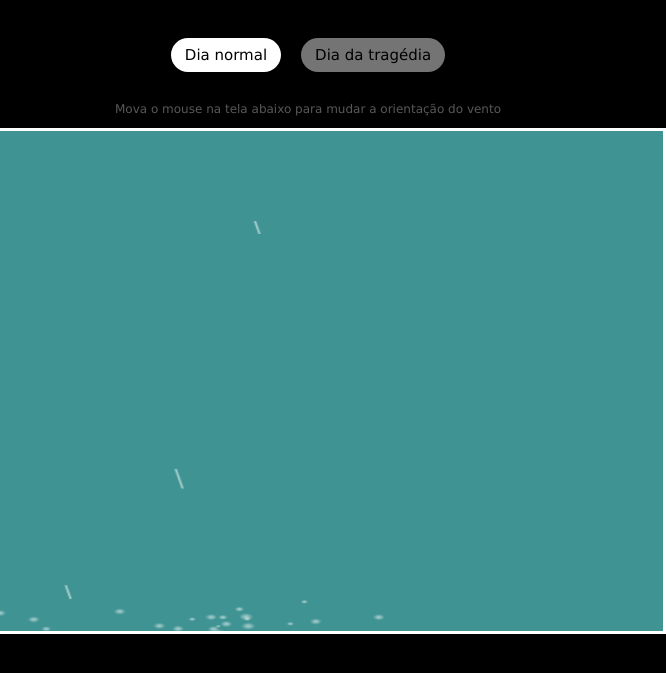
Repository: lucasthaynan/chuvas-estadao
Page: index.html
An editor plug-in stored every save of this project. The page is shown before and after the next save, followed by the edit.
The browser window is 600 px wide. The page is 666 px wide, then 663 px, so the pictures cover 666 px, including what lies to the right of the window. The pictures show the whole page.

Above is the page before, as saved 2023-02-24 14:34:29.
Console error: ReferenceError: dat is not defined

After the next save:
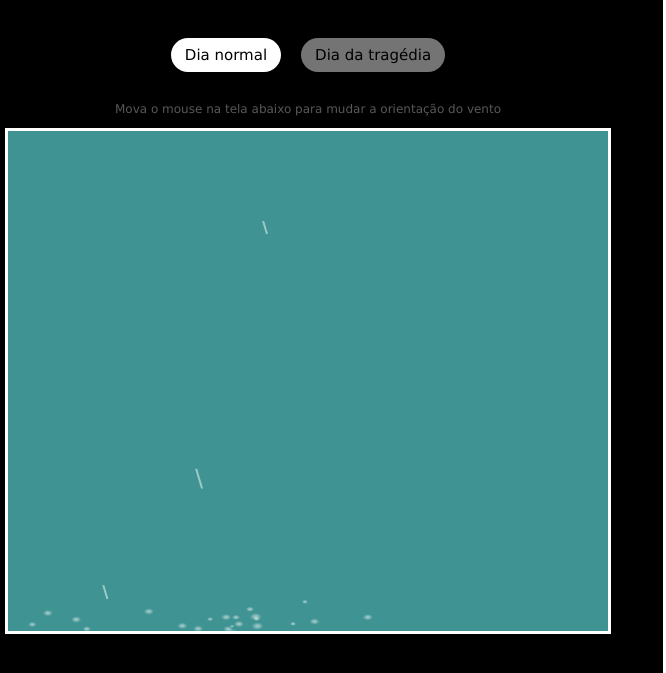
Saved 32 s later.
--- a/style.css
+++ b/style.css
@@ -43,6 +43,7 @@ canvas {
 @media (max-width: 709px) {
     canvas {
         /* display: none; */
+        max-width: 100vw;
         background-color: rgb(63, 147, 147);
     }
 }
